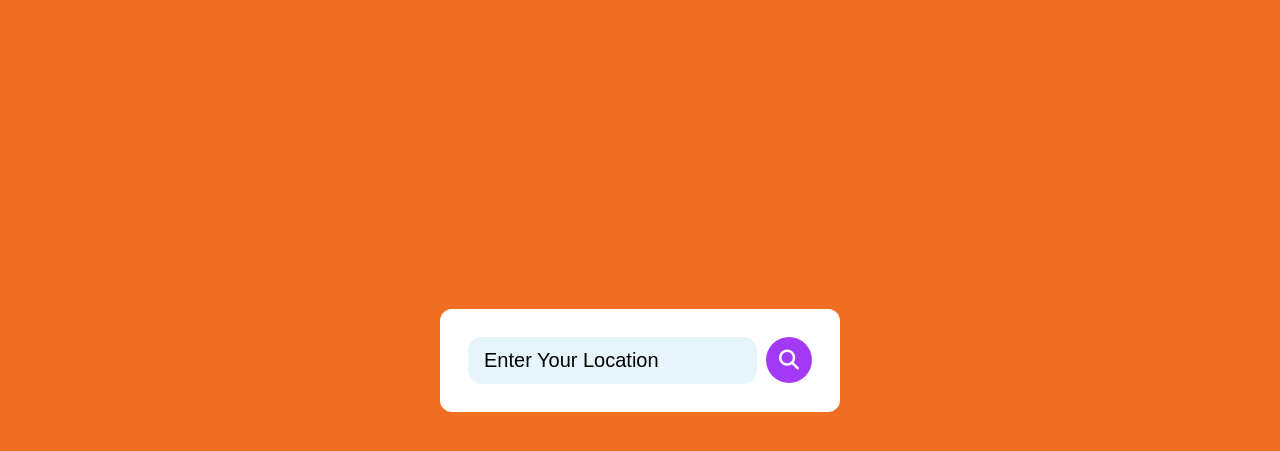
Repository: kapucuonur/weather-app
Page: index.html
The author's editor kept a copy of each file at every save. The page is drawn from the files as they stood at one save, then again after the next save.
The browser window is 1280 px wide. The pictures show the whole page.
The pointer rests on the first visible `.search-box button`.
Some web libraries are served in a nearby version.

Above is the page before, as saved 2024-11-16 15:19:47.

After the next save:
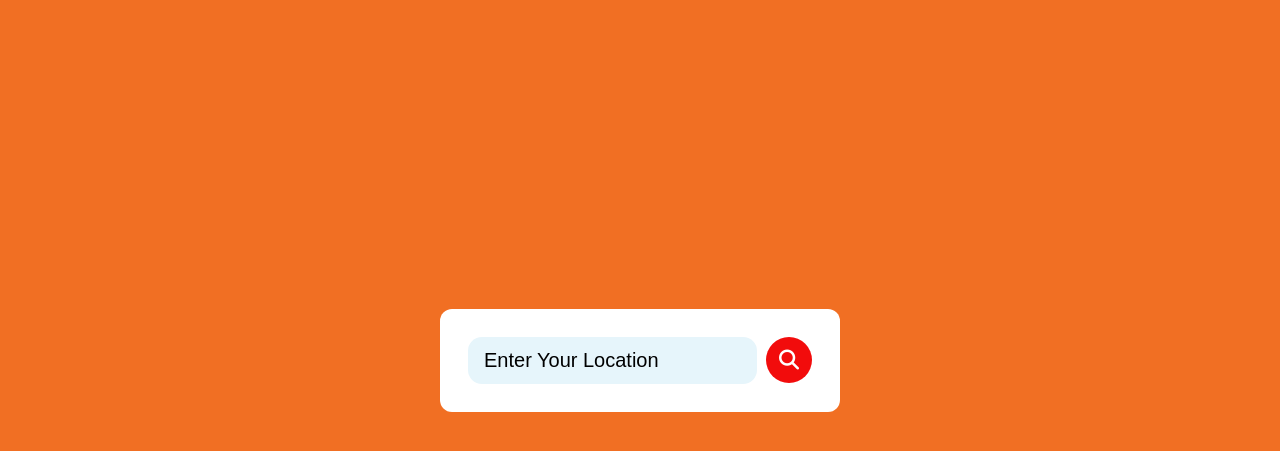
Saved 29 s later.
--- a/style.css
+++ b/style.css
@@ -56,7 +56,7 @@ body{
 
 .search-box button:hover{
     color: #fff;
-    background-color: #a439f5;
+    background-color: #f20c0c;
 }
 
 .weather-body{
